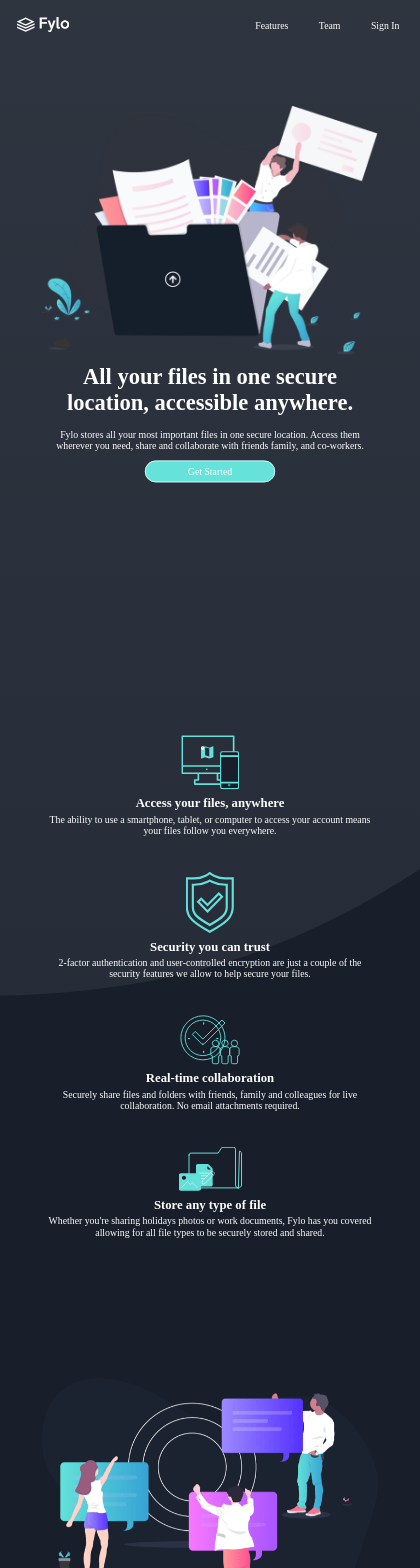
Repository: pboi18/SideHustle
Page: index.html
The author's editor kept a copy of each file at every save. The page is drawn from the files as they stood at one save, then again after the next save.
The browser window is 600 px wide. The pictures show the part of the page from y = 0 to 2240 px (the page is 4284 px tall), at 70% of full size.

Above is the page before, as saved 2021-07-06 13:13:36.

### index.html
<!DOCTYPE html>
<html>
    <head>
        <meta charset="UTF-8">

        <meta name="viewport" content="width=device-width, initial-scale=1.0"> <!-- displays site properly based on user's device -->

        <link rel="icon" type="image/png" sizes="32x32" href="./img/favicon-32x32.png">

        <title>Frontend Mentor | Fylo landing page with dark theme and features grid</title>
        <link rel="preconnect" href="https://fonts.googleapis.com">
        <link rel="stylesheet" href="style.css">
    </head>

    <body>

        <div class="full-body">

            <header>
                <nav>
                    <img class="logo" src="./img/logo.svg" alt="Logo">
                    <ul class="main-nav">
                        <li>
                            <a href="">Features</a>
                        </li>

                        <li>
                            <a href="">Team</a>
                        </li>

                        <li>
                            <a href="">Sign In</a>
                        </li>
                    </ul>
                </nav>
                <div class="get-started">
                    <img src="./img/illustration-intro.png" alt="Get Started">
                    <h1>All your files in one secure location, accessible anywhere.</h1>

                    <p>Fylo stores all your most important files in one secure location. Access them wherever
                        you need, share and collaborate with friends family, and co-workers.
                    </p>
                    <a href="#">Get Started</a>
                </div>
            </header>

            <section class="what-works">
                <div class="b1-1">
                    <img src=".//img/icon-access-anywhere.svg">
                    <h2>Access your files, anywhere</h2>
                    <p>
                        The ability to use a smartphone, tablet, or computer to access your account means your
                        files follow you everywhere.
                    </p>
                </div>

                <div class="b1-2">
                    <img src=".//img/icon-security.svg">
                    <h2>Security you can trust</h2>
                    <p>
                        2-factor authentication and user-controlled encryption are just a couple of the security
                        features we allow to help secure your files.
                    </p>
                </div>

                <div class="b1-3">
                    <img src=".//img/icon-collaboration.svg">
                    <h2>Real-time collaboration</h2>
                    <p>
                        Securely share files and folders with friends, family and colleagues for live collaboration.
                        No email attachments required.
                    </p>
                </div>

                <div class="b1-4">
                    <img src=".//img/icon-any-file.svg">
                    <h2>Store any type of file</h2>
                    <p>
                        Whether you're sharing holidays photos or work documents, Fylo has you covered allowing for all
                        file types to be securely stored and shared.
                    </p>
                </div>

            </section>

            <section class="what-works2">
                <img class="img-p" src="./img/illustration-stay-productive.png" alt="stay productive">

                <div class="stay-productive">
                    <h2>Stay productive, wherever you are</h2>
                    <p>
                        Never let location be an issue when accessing your files. Fylo has you covered for all of your file
                        storage needs.
                    </p>
                    <p>
                        Securely share files and folders with friends, family and colleagues for live collaboration. No email
                        attachments required.
                    </p>
                    <a href="#">See how Fylo works <img src="./img/icon-arrow.svg" alt=""></a>
                </div>
            </section>

            <section class="testimonies">

                <div class="con">

                    <div class="b2-1">
                        <blockquote>
                            Fylo has improved our team productivity by an order of magnitude. Since making the switch our team has
                            become a well-oiled collaboration machine.
                            <cite>
                                <img src="./img/profile-1.jpg" alt="">
                                Satish Patel
                                <p>Founder & CEO, Huddle</p>
                            </cite>
                        </blockquote>

                    </div>


                    <div class="b2-2">
                        <blockquote>
                            Fylo has improved our team productivity by an order of magnitude. Since making the switch our team has
                            become a well-oiled collaboration machine.
                            <cite>
                                <img src="./img/profile-2.jpg" alt="">
                                Bruce McKenzie
                                <p>Founder & CEO, Huddle</p>
                            </cite>
                        </blockquote>

                    </div>


                    <div class="b2-3">
                        <blockquote>
                            Fylo has improved our team productivity by an order of magnitude. Since making the switch our team has
                            become a well-oiled collaboration machine.
                            <cite>
                                <img src="./img/profile-3.jpg" alt="">
                                Iva Boyd
                                <p>Founder & CEO, Huddle</p>
                            </cite>
                        </blockquote>

                    </div>

                </div>


            </section>

            <section class="early-access">
                <div class="e-a">
                    <h2>Get early access today</h2>
                    <p>
                        It only takes a minute to sign up and our free starter tier is extremely generous. If you have any
                        questions, our support team would be happy to help you.
                    </p>
                    <input type="email" name="early" id="" placeholder="    Email" >
                    <button type="submit">Get Started For Free</button>
                </div>
            </section>
        </div>

        <footer>
            <div class="foot-img">
                <img src="./img/logo.svg" alt="">
            </div>

            <div class="foot-ul">
                <ul class="ul1">
                    <li>
                        <img src="./img/icon-location.svg" alt="">
                        <p>
                            Lorem ipsum dolor sit amet, consectetur adipiscing elit, sed do eiusmod tempor incididunt ut labore et
                            dolore magna aliqua
                        </p>
                    </li>
                </ul>

                <ul class="ul2">
                    <li>
                        <p>
                            <img src="./img/icon-phone.svg" alt="">
                            +1-543-123-4567
                        </p>
                    </li>

                    <li>
                        <p>
                            <img src="./img/icon-email.svg" alt="">
                            example@fylo.com
                        </p>
                    </li>
                </ul>

                <ul class="ul3">
                    <li>
                        <a href="">About Us</a>
                    </li>

                    <li>
                        <a href="">Jobs</a>
                    </li>

                    <li>
                        <a href="">Press</a>
                    </li>

                    <li>
                        <a href="">Blog</a>
                    </li>
                </ul>

                <ul class="ul4">
                    <li>
                        <a href="">Contact Us</a>
                    </li>

                    <li>
                        <a href="">Terms</a>
                    </li>

                    <li>
                        <a href="">Privacy</a>
                    </li>
                </ul>

                <ul class="ul5">
                    <li>
                        <i class=""></i>
                    </li>
                </ul>
            </div>

        </footer>
        <p>
            Challenge by <a href="https://www.frontendmentor.io?ref=challenge" target="_blank">Frontend Mentor</a>.
            Coded by <a href="#">Esiet Peter[Limitless]</a>.
        </p>
    </body>
</html>

### style.css
*{
    font-size: 14px;
    font-family: open sans-serif;
    font-weight: 400, 700;
    margin: 0;
    padding: 0;
    box-sizing: border-box;
}

body{
    /* max-width: 1440px; */
    text-rendering: optimizeLegibility;
    overflow-x: hidden;
    display: block;
}

.full-body{
    width: inherit;
    background-image: linear-gradient(hsl(218, 28%, 13%, 0.9),
    hsl(218, 28%, 13%)), url(./img/bg-curvy-desktop.svg);
    background-size: cover;
    /* background-attachment: fixed; */
    background-position: center;
}

/* Header */

header{
    height: 100vh;
}

nav{
    height: 80px;
    margin: 0 auto;
    display: block;
}

.logo {
    height: 40%;
    width: auto;
    float: left;
    margin: 2%;
}

.main-nav {
    float: right;
    list-style: none;
    margin: 3%;
}

.main-nav li {
    display: inline-block;
    margin-left: 40px;
}

.main-nav li a {
    color: #fff;
    text-decoration: none;
}


.get-started {
    width: 100%;
    text-align: center;
    color: #fff;
}

.get-started img {
    width: 40%;
    margin: 0px auto;
}

.get-started h1 {
    width: 40%;
    font-size:230%;
    margin: 10px auto;
}


.get-started p {
    width: 30%;
    font-size:100%;
    margin: 20px auto;
}

.get-started a {
    color: #fff;
    text-decoration: none;
    font-weight: 300;
    font-size: 100%;
    background-color: hsl(176, 68%, 64%);
    padding: 7px 60px;
    border: 1px solid;
    border-radius: 60px;
}


/* Section-What_works */


.what-works {
    color: #fff;
    display: flex;
    width: 80%;
    margin: 200px auto;
    justify-content: space-between;
    flex-wrap: wrap;
}

.what-works h2 {
    font-size: 130%;
    margin: 5px auto;
}

.b1-1,
.b1-2,
.b1-3,
.b1-4 {
    width: 45%;
    text-align: center;
    margin-top: 50px;

}

/* Section-What_works */

.what-works2 {
    color: #fff;
    display: flex;
    justify-content: space-between;
    flex-wrap: wrap;
    width: 80%;
    margin: 100px auto;
}

.img-p,
.stay-productive {
    width: 40%;
    margin: auto 0;
}

.stay-productive h2 {
    font-size: 240%;
    margin: 10px 0;
}

.stay-productive p {
    font-size: 120%;
    margin: 15px 0;
}

.stay-productive a {
    color: #fff;
    text-decoration: none;
    border-bottom: 1px solid #fff;
    padding-bottom: 3px;
}


/* Section-Testimonies */

/* .testimonies {
    margin: 200px auto;
} */
.con {
    width: 85%;
    color: #fff;
    display: flex;
    flex-wrap: wrap;
    margin: auto;
    padding-top: 200px;
    padding-bottom: 300px;
}

.b2-1,
.b2-2,
.b2-3 {
    width: 31%;
    height: 180px;
    margin: auto;
    border-radius: 10px;
    background-color: hsl(219, 30%, 18%);
}

blockquote {
    width: 90%;
    margin: 10% auto;
    font-size: 90%;
}

cite {
    margin-top: 40px;
    display: block;
}


cite img {
    width: 30px;
    border-radius: 20px;
    float: left;
    margin-right: 5px;
}

cite p {
    font-size: 85%;
    display: block
}

/* Early Access */

.early-access {
    position: absolute;
    width: 100%;
}

.e-a {
    width: 50%;
    color: #fff;
    background-color: hsl(217, 28%, 15%);
    margin: 0 auto;
    margin-top: -120px;
    height: 200px;
    text-align: center;
}

.e-a h2 {
    font-size: 150%;
    font-weight: bolder;
    padding-top: 30px;
}

.e-a p {
    width: 80%;
    margin: auto;
    padding-top: 20px;
    padding-bottom: 30px;
}

.e-a input {
    width: 40%;
    height: 30px;
    border-radius: 20px;
    margin-right: 5px;
}

.e-a button {
    height: 30px;
    color: #fff;
    background-color: hsl(176, 68%, 64%);
    padding: 7px 15px;
    border: 1px solid;
    border-radius: 60px;
}

/* Footer */

footer{
    color: #fff;
    background-color: hsl(216, 53%, 9%);
    padding-top: 100px;
    padding-bottom: 50px;
}

.foot-img {
    width: 80%;
    margin: auto;
}
.foot-img img {
    width: 70px;
}



.foot-ul {
    width: 80%;
    margin: 30px auto;

    display: flex;
    flex-wrap: wrap;
}


.foot-ul img {
    display: inline;
    padding-right: 15px;
    height: 20px;
}

.ul1 li {
    display: flex;
}

.ul1,
.ul2,
.ul3,
.ul4,
.ul5 {
    list-style: none;
    line-height: 20px;
    margin: auto;
}

.ul1 {
    width: 22%;
}


.ul2 li {
    margin-bottom: 15px;
}

.ul2 img {
    height: 15px;
}

.ul3 a,
.ul4 a {
    color: #fff;
    text-decoration: none;
    margin-bottom: 5px;
}


@media only screen and (max-width: 1023px) {
    .get-started img,
    .get-started h1,
    .get-started p {
        width: 60%;
    }
}



@media only screen and (max-width: 767px) {

    nav {
        padding: 12px;
    }

    .get-started {
        margin-top: 70px;
    }

    .get-started img,
    .get-started h1,
    .get-started p {
        width: 80%;
    }

    .b1-1,
    .b1-2,
    .b1-3,
    .b1-4 {
        width: 100%;
    }

    .img-p,
.stay-productive {
    width: 100%;
}

.b2-1,
.b2-2,
.b2-3 {
    width: 100%;
    margin: 15px auto;
}

.e-a {
    width: 80%;
    height: 250px;
}

.e-a p {
    padding-bottom: 10px;
}
.e-a input,
.e-a button {
    width: 80%;
    margin: 5px auto;

}


}

After the next save:
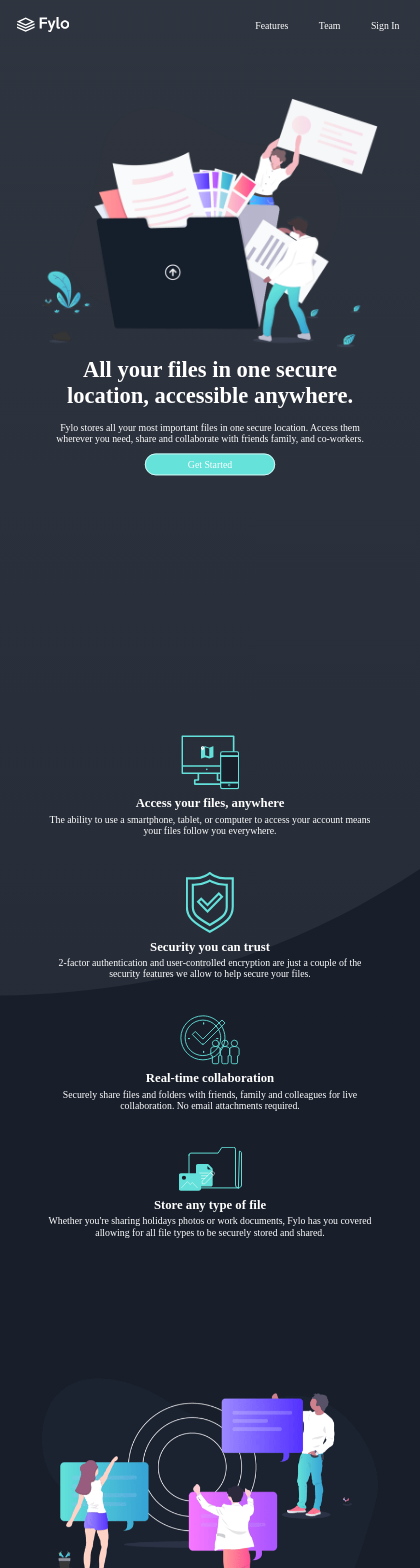
Saved 15 s later.
--- a/style.css
+++ b/style.css
@@ -338,7 +338,7 @@
     }
 
     .get-started {
-        margin-top: 70px;
+        margin-top: 60px;
     }
 
     .get-started img,
